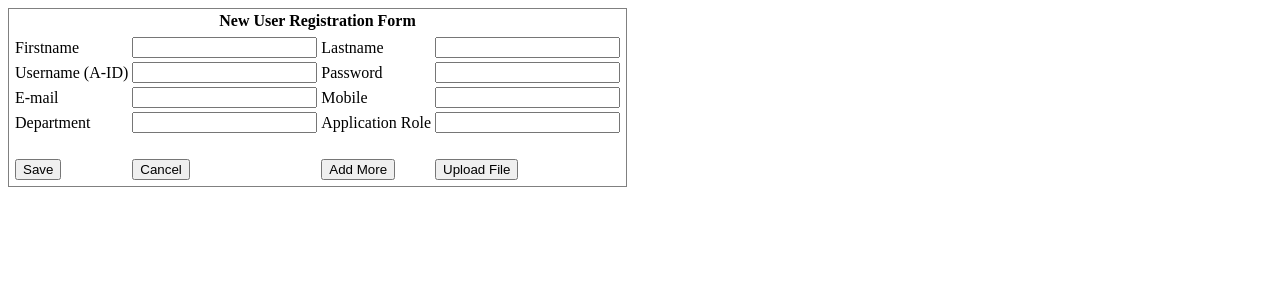
Repository: guribrar/enrolmentapp
Page: http://localhost/enrolmentapp/newuser.jsp
These files come from the project's save history. The page is drawn as it stood at one moment and after the next save; the edit follows.
The browser window is 1280 px wide. The pictures show the whole page.
The page is served by Tomcat 9.

Above is the page before, as saved 2016-12-31 13:48:19.

After the next save:
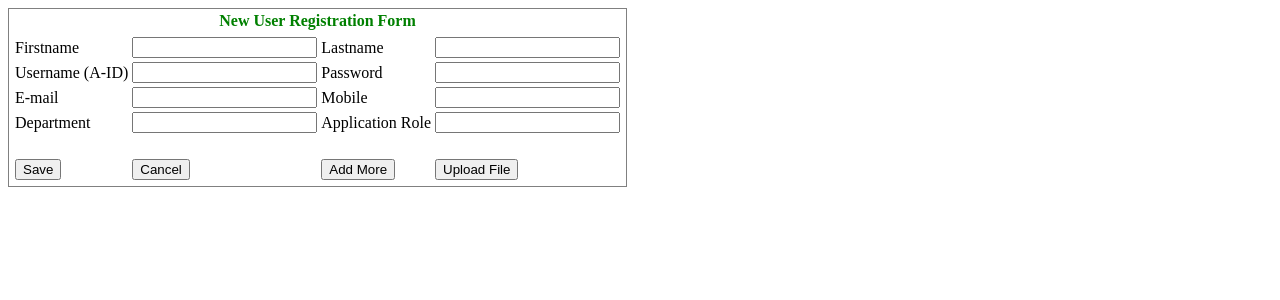
Saved 89 s later.
--- a/enrolmentapp/WebContent/newuser.jsp
+++ b/enrolmentapp/WebContent/newuser.jsp
@@ -9,7 +9,7 @@
 <body>
 <table frame="box">
 	<tr>
-		<th>New User Registration Form</th>
+		<th><font color="green">New User Registration Form</font></th>
 	</tr>
 	<tr>
 		<td>
